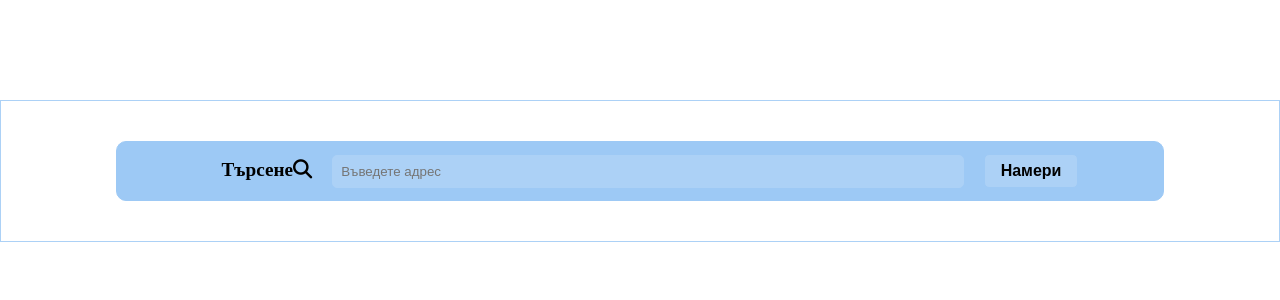
Repository: GeryZlatev/address-search
Page: /
These files come from the project's save history. The page is drawn as it stood at one moment and after the next save; the edit follows.
The browser window is 1280 px wide. The pictures show the whole page.
Some web libraries are served in a nearby version. The project was rebuilt for these pictures with package versions that can differ from the ones it lists, and the page was loaded fresh each time.

Above is the page before, as saved 2021-04-09 21:44:55.

### public/index.html
<!DOCTYPE html>
<html lang="en">
  <head>
    <script src="https://kit.fontawesome.com/667fcc0939.js" crossorigin="anonymous"></script>
    <meta charset="utf-8" />
    <link rel="icon" href="%PUBLIC_URL%/favicon.ico" />
    <meta name="viewport" content="width=device-width, initial-scale=1" />
    <meta name="viewport" content="width=device-width, initial-scale=1.0">
    <meta name="theme-color" content="#000000" />
    <meta
      name="description"
      content="Web site created using create-react-app"
    />
    <link rel="apple-touch-icon" href="%PUBLIC_URL%/logo192.png" />
    <!--
      manifest.json provides metadata used when your web app is installed on a
      user's mobile device or desktop. See https://developers.google.com/web/fundamentals/web-app-manifest/
    -->
    <link rel="manifest" href="%PUBLIC_URL%/manifest.json" />
    <!--
      Notice the use of %PUBLIC_URL% in the tags above.
      It will be replaced with the URL of the `public` folder during the build.
      Only files inside the `public` folder can be referenced from the HTML.

      Unlike "/favicon.ico" or "favicon.ico", "%PUBLIC_URL%/favicon.ico" will
      work correctly both with client-side routing and a non-root public URL.
      Learn how to configure a non-root public URL by running `npm run build`.
    -->
    <title>React App</title>
  </head>
  <body>
    <noscript>You need to enable JavaScript to run this app.</noscript>
    <div id="root"></div>
    <!--
      This HTML file is a template.
      If you open it directly in the browser, you will see an empty page.

      You can add webfonts, meta tags, or analytics to this file.
      The build step will place the bundled scripts into the <body> tag.

      To begin the development, run `npm start` or `yarn start`.
      To create a production bundle, use `npm run build` or `yarn build`.
    -->
  </body>
</html>

### src/index.css

body {
margin: 100px auto;
border: 1px solid #ACD1F6;
}

code {
  font-family: source-code-pro, Menlo, Monaco, Consolas, 'Courier New',
    monospace;
}

### src/App.js

import './App.css';
import SearchBar from './components/SearchBar';

function App() {
  return (
    <div className="App">
      <SearchBar/>
    </div>
  );
}

export default App;

### src/App.css
.App {
  text-align: center;
  margin: 20px auto;

}

### src/components/SearchBar/SearchBar.js
import style from './SearchBar.module.css';

const SearchBar = () => {

    return (
        <div className={style["searchbar-wrapper"]}>
            <form className={style["search-form"]}>
                <label htmlFor="search">
                    Търсене
                    <i class="fas fa-search"></i>
                </label>
                    <input
                    type="text"
                    autoComplete="true"
                    placeholder="Въведете адрес"
                    name="search"
                    id="search"
                    />

                <input
                    type="submit"
                    value="Намери"
                />

            </form>
        </div>
    )

}

export default SearchBar;

### src/components/SearchBar/SearchBar.module.css
.searchbar-wrapper {
    max-width: 80%;
    margin: 40px auto;
    padding: 12px;
    background: #9DC9F5;
    border: 1px solid #9DC9F5;
    border-radius: 10px;

}

.search-form {
    max-width: 100%;
}

.search-form label {
    margin: 20px;
    font-size: larger;
    font-weight: bold;
    cursor: pointer;

}

.search-form input[type="text"] {
    min-width: 30%;
    width: 60%;
    min-height: 7%;
    margin-right: 20px;
    padding: 8px;
    outline: none;
    border: 1px solid #ACD1F6;
    border-radius: 5px;
    background: #ACD1F6;
}

.search-form input[type="submit"] {
    font-size: 16px;
    font-weight: bold;
    padding: 7px 16px;
    border: 1px solid #9DC9F5;
    border-radius: 5px;
    cursor: pointer;
    background: #ACD1F6;
    outline: none;
}

/* .search-form input[type="submit"]:hover {
    background: transparent;
    color: white;
} */

@media only screen and (max-width:620px) {
    .searchbar-wrapper {
    max-width: 90vh;
    padding: 20px 8px;
    background: #9DC9F5;
    opacity: 0.8;
    }

    .search-form {
    max-width: 75%;
    margin: 0px auto;
}

.search-form input[type="text"] {
    width: 100%;
    margin: 5px auto;
    /* background: #ACD1F6; */
}

.search-form input[type="submit"]  {
    display: block;
    width: 80%;
    margin: 0px auto;
    cursor: pointer;
}

.search-form input[type="submit"]:hover {
    border: 1px solid cornsilk;

}

.search-form label {
    font-size: x-large;
}
}

Loaded but not shown: src/index.js (common file); src/reportWebVitals.js (common file); src/components/SearchBar/index.js (common file)

After the next save:
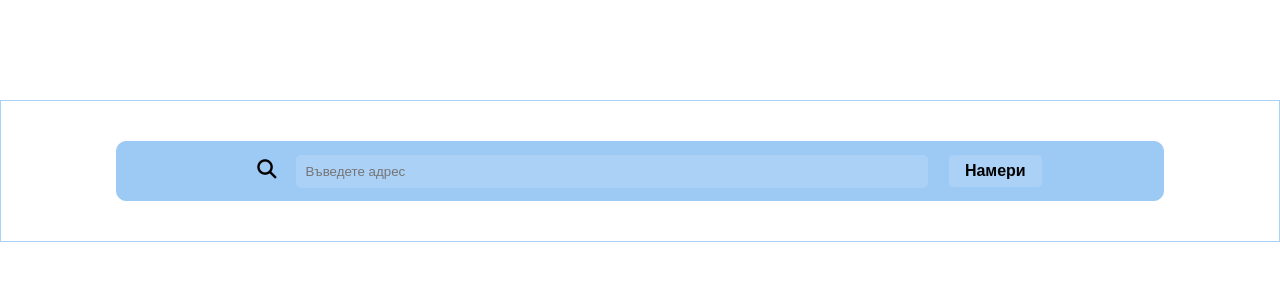
Saved 8 s later.
--- a/src/components/SearchBar/SearchBar.js
+++ b/src/components/SearchBar/SearchBar.js
@@ -6,7 +6,7 @@
         <div className={style["searchbar-wrapper"]}>
             <form className={style["search-form"]}>
                 <label htmlFor="search">
-                    Търсене
+
                     <i class="fas fa-search"></i>
                 </label>
                     <input
